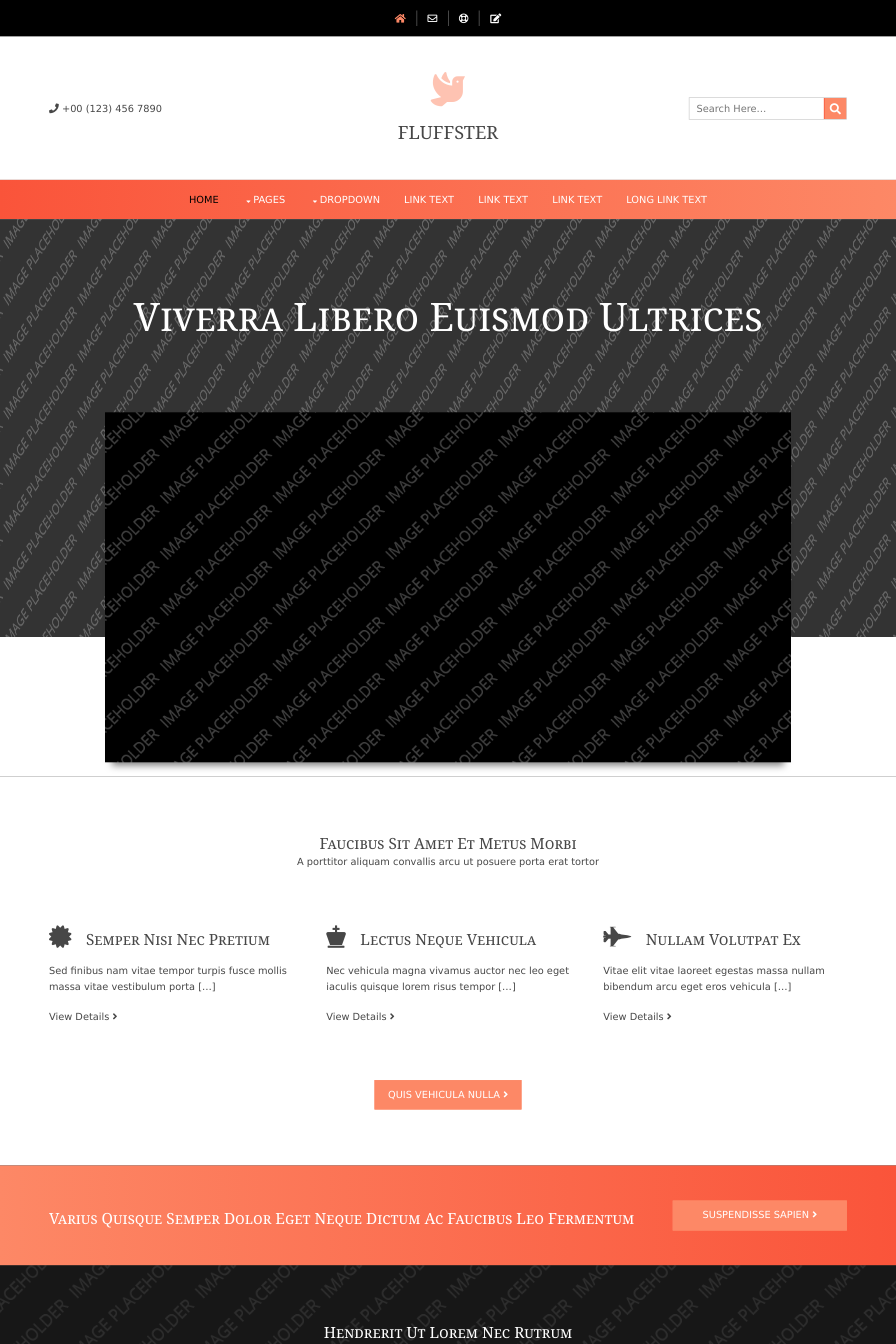
Repository: ajeytiwary/Hello-World
Page: index.html
An editor plug-in stored every save of this project. The page is shown before and after the next save, followed by the edit.
The browser window is 1280 px wide. The pictures show the part of the page from y = 0 to 1920 px (the page is 4015 px tall), at 70% of full size.

Above is the page before, as saved 2020-10-24 21:42:10.

### index.html
<!DOCTYPE html>
<!--
Template Name: Fluffster
Author: <a href="https://www.os-templates.com/">OS Templates</a>
Author URI: https://www.os-templates.com/
Copyright: OS-Templates.com
Licence: Free to use under our free template licence terms
Licence URI: https://www.os-templates.com/template-terms
-->
<html lang="">
<!-- To declare your language - read more here: https://www.w3.org/International/questions/qa-html-language-declarations -->
<head>
<title>Fluffster</title>
<meta charset="utf-8">
<meta name="viewport" content="width=device-width, initial-scale=1.0, maximum-scale=1.0, user-scalable=no">
<link href="layout/styles/layout.css" rel="stylesheet" type="text/css" media="all">
</head>
<body id="top">
<!-- ################################################################################################ -->
<!-- ################################################################################################ -->
<!-- ################################################################################################ -->
<div class="wrapper row0">
  <div id="topbar" class="hoc clear">
    <!-- ################################################################################################ -->
    <ul class="nospace">
      <li><a href="index.html" title="Home"><i class="fas fa-home"></i></a></li>
      <li><a href="#" title="Send a Mail"><i class="far fa-envelope"></i></a></li>
      <li><a href="#" title="Help Centre"><i class="far fa-life-ring"></i></a></li>
      <!-- <li><a href="#" title="Login"><i class="fas fa-sign-in-alt"></i></a></li> -->
      <li><a href="#" title="Sign Up"><i class="fas fa-edit"></i></a></li>
    </ul>
    <!-- ################################################################################################ -->
  </div>
</div>
<!-- ################################################################################################ -->
<!-- ################################################################################################ -->
<!-- ################################################################################################ -->
<div class="wrapper row1">
  <header id="header" class="hoc clear">
    <!-- ################################################################################################ -->
    <section>
      <div><i class="fas fa-phone"></i> +00 (123) 456 7890</div>
      <div>
        <h1 id="logo"><i class="fas fa-dove"></i> <a href="index.html">Fluffster</a></h1>
      </div>
      <div>
        <form class="clear" method="post" action="#">
          <fieldset>
            <legend>Search:</legend>
            <input type="search" value="" placeholder="Search Here&hellip;">
            <button class="fas fa-search" type="submit" title="Search"><em>Search</em></button>
          </fieldset>
        </form>
      </div>
    </section>
    <!-- ################################################################################################ -->
  </header>
</div>
<!-- ################################################################################################ -->
<!-- ################################################################################################ -->
<!-- ################################################################################################ -->
<div class="wrapper row2">
  <nav id="mainav" class="hoc clear">
    <!-- ################################################################################################ -->
    <ul class="clear">
      <li class="active"><a href="index.html">Home</a></li>
      <li><a class="drop" href="#">Pages</a>
        <ul>
          <li><a href="pages/gallery.html">Gallery</a></li>
          <li><a href="pages/full-width.html">Full Width</a></li>
          <li><a href="pages/sidebar-left.html">Sidebar Left</a></li>
          <li><a href="pages/sidebar-right.html">Sidebar Right</a></li>
          <li><a href="pages/basic-grid.html">Basic Grid</a></li>
          <li><a href="pages/font-icons.html">Font Icons</a></li>
        </ul>
      </li>
      <li><a class="drop" href="#">Dropdown</a>
        <ul>
          <li><a href="#">Level 2</a></li>
          <li><a class="drop" href="#">Level 2 + Drop</a>
            <ul>
              <li><a href="#">Level 3</a></li>
              <li><a href="#">Level 3</a></li>
              <li><a href="#">Level 3</a></li>
            </ul>
          </li>
          <li><a href="#">Level 2</a></li>
        </ul>
      </li>
      <li><a href="#">Link Text</a></li>
      <li><a href="#">Link Text</a></li>
      <li><a href="#">Link Text</a></li>
      <li><a href="#">Long Link Text</a></li>
    </ul>
    <!-- ################################################################################################ -->
  </nav>
</div>
<!-- ################################################################################################ -->
<!-- ################################################################################################ -->
<!-- ################################################################################################ -->
<div id="pageintro" class="wrapper row1 bgded" style="background-image:url('images/demo/backgrounds/01.png');">
  <figure class="hoc clear">
    <!-- ################################################################################################ -->
    <figcaption class="heading">Viverra libero euismod ultrices</figcaption>
    <img src="images/demo/980x500.png" alt="">
    <!-- ################################################################################################ -->
  </figure>
</div>
<!-- ################################################################################################ -->
<!-- ################################################################################################ -->
<!-- ################################################################################################ -->
<div class="wrapper row3">
  <main class="hoc container clear">
    <!-- main body -->
    <!-- ################################################################################################ -->
    <div class="sectiontitle">
      <h6 class="heading">Faucibus sit amet et metus morbi</h6>
      <p>A porttitor aliquam convallis arcu ut posuere porta erat tortor</p>
    </div>
    <ul id="services" class="nospace group">
      <li class="one_third">
        <article>
          <h6 class="heading"><i class="fas fa-certificate"></i> <a href="#">Semper nisi nec pretium</a></h6>
          <p>Sed finibus nam vitae tempor turpis fusce mollis massa vitae vestibulum porta [&hellip;]</p>
          <footer><a href="#">View Details <i class="fas fa-angle-right"></i></a></footer>
        </article>
      </li>
      <li class="one_third">
        <article>
          <h6 class="heading"><i class="fas fa-chess-king"></i> <a href="#">Lectus neque vehicula</a></h6>
          <p>Nec vehicula magna vivamus auctor nec leo eget iaculis quisque lorem risus tempor [&hellip;]</p>
          <footer><a href="#">View Details <i class="fas fa-angle-right"></i></a></footer>
        </article>
      </li>
      <li class="one_third">
        <article>
          <h6 class="heading"><i class="fas fa-fighter-jet"></i> <a href="#">Nullam volutpat ex</a></h6>
          <p>Vitae elit vitae laoreet egestas massa nullam bibendum arcu eget eros vehicula [&hellip;]</p>
          <footer><a href="#">View Details <i class="fas fa-angle-right"></i></a></footer>
        </article>
      </li>
    </ul>
    <footer class="center"><a class="btn" href="#">Quis vehicula nulla <i class="fas fa-angle-right"></i></a></footer>
    <!-- ################################################################################################ -->
    <!-- / main body -->
    <div class="clear"></div>
  </main>
</div>
<!-- ################################################################################################ -->
<!-- ################################################################################################ -->
<!-- ################################################################################################ -->
<div class="wrapper coloured">
  <article class="hoc cta clear">
    <!-- ################################################################################################ -->
    <h6 class="three_quarter first">Varius quisque semper dolor eget neque dictum ac faucibus leo fermentum</h6>
    <footer class="one_quarter"><a class="btn" href="#">Suspendisse sapien <i class="fas fa-angle-right"></i></a></footer>
    <!-- ################################################################################################ -->
  </article>
</div>
<!-- ################################################################################################ -->
<!-- ################################################################################################ -->
<!-- ################################################################################################ -->
<div class="wrapper bgded overlay" style="background-image:url('images/demo/backgrounds/01.png');">
  <section id="introblocks" class="hoc container clear">
    <!-- ################################################################################################ -->
    <div class="sectiontitle">
      <h6 class="heading">Hendrerit ut lorem nec rutrum</h6>
      <p>Posuere arcu sed luctus nibh non viverra rutrum neque nulla pretium</p>
    </div>
    <ul class="nospace group">
      <li class="one_third first">
        <article><a href="#"><i class="fas fa-lemon"></i></a>
          <h6 class="heading">Lectus interdum urna</h6>
          <p>Mollis ut curabitur varius nibh nec dolor volutpat in sagittis mi semper nullam placerat quis [&hellip;]</p>
          <footer><a class="btn" href="#">Read More <i class="fas fa-angle-right"></i></a></footer>
        </article>
      </li>
      <li class="one_third">
        <article><a href="#"><i class="fas fa-street-view"></i></a>
          <h6 class="heading">Nibh justo nunc varius</h6>
          <p>Ex nec iaculis phasellus ultricies nisi a elit vestibulum posuere class aptent taciti sociosqu [&hellip;]</p>
          <footer><a class="btn" href="#">Read More <i class="fas fa-angle-right"></i></a></footer>
        </article>
      </li>
      <li class="one_third">
        <article><a href="#"><i class="fas fa-volleyball-ball"></i></a>
          <h6 class="heading">Neque pretium nunc</h6>
          <p>Ad litora torquent per conubia nostra per inceptos himenaeos praesent fringilla tempor quam in [&hellip;]</p>
          <footer><a class="btn" href="#">Read More <i class="fas fa-angle-right"></i></a></footer>
        </article>
      </li>
    </ul>
    <!-- ################################################################################################ -->
  </section>
</div>
<!-- ################################################################################################ -->
<!-- ################################################################################################ -->
<!-- ################################################################################################ -->
<div class="wrapper row3">
  <section class="hoc container clear">
    <!-- ################################################################################################ -->
    <div class="sectiontitle">
      <h6 class="heading">Viverra dui vestibulum eget duis</h6>
      <p>Risus quam gravida eu sapien eget dignissim suscipit leo duis vitae</p>
    </div>
    <div id="latest" class="group">
      <article class="one_half first"><a class="imgover" href="#"><img src="images/demo/546x410.png" alt=""></a>
        <div class="excerpt">
          <h6 class="heading">Purus leo cursus sollicitudin</h6>
          <p>Ut vel arcu curabitur vel mi malesuada dictum ligula fermentum feugiat arcu integer commodo dui id lectus viverra [&hellip;]</p>
          <div class="clear">
            <footer class="fl_right"><a href="#">Read More <i class="fas fa-angle-right"></i></a></footer>
            <ul class="nospace meta fl_left">
              <li><i class="fas fa-user"></i> <a href="#">Admin</a></li>
              <li><i class="fas fa-tag"></i> <a href="#">Tag Name</a></li>
            </ul>
          </div>
        </div>
      </article>
      <article class="one_half"><a class="imgover" href="#"><img src="images/demo/546x410.png" alt=""></a>
        <div class="excerpt">
          <h6 class="heading">Laoreet felis lobortis fusce</h6>
          <p>Dui elit placerat vel maximus eu ullamcorper et lectus cras eu dolor nec nibh efficitur vehicula duis dictum tristique urna [&hellip;]</p>
          <div class="clear">
            <footer class="fl_right"><a href="#">Read More <i class="fas fa-angle-right"></i></a></footer>
            <ul class="nospace meta fl_left">
              <li><i class="fas fa-user"></i> <a href="#">Admin</a></li>
              <li><i class="fas fa-tag"></i> <a href="#">Tag Name</a></li>
            </ul>
          </div>
        </div>
      </article>
    </div>
    <footer class="center"><a class="btn" href="#">View More Posts <i class="fas fa-angle-right"></i></a></footer>
    <!-- ################################################################################################ -->
  </section>
</div>
<!-- ################################################################################################ -->
<!-- ################################################################################################ -->
<!-- ################################################################################################ -->
<div class="wrapper row4">
  <footer id="footer" class="hoc clear">
    <!-- ################################################################################################ -->
    <div class="one_half first">
      <h6 class="heading">A lobortis nullam quis placerat</h6>
      <p class="btmspace-30">Libero consectetur fringilla augue nullam enim nisi feugiat vel finibus.</p>
      <ul class="nospace linklist contact">
        <li><i class="fas fa-map-marker-alt"></i>
          <address>
          Street Name &amp; Number, Town, Postcode/Zip
          </address>
        </li>
        <li><i class="fas fa-phone"></i> +00 (123) 456 7890</li>
        <li><i class="fas fa-fax"></i> +00 (123) 456 7890</li>
        <li><i class="far fa-envelope"></i> info@domain.com</li>
      </ul>
    </div>
    <div class="one_quarter">
      <h6 class="heading">Phasellus sit amet dui</h6>
      <ul class="nospace linklist">
        <li><a href="#">phasellus condimentum nisl</a></li>
        <li><a href="#">fames ac turpis nunc egestas</a></li>
        <li><a href="#">senectus et netus malesuada</a></li>
        <li><a href="#">quam habitant morbi tristique</a></li>
        <li><a href="#">ultricies ut tortor posuere</a></li>
      </ul>
    </div>
    <div class="one_quarter">
      <h6 class="heading">Nec ultricies ut massa</h6>
      <p class="nospace btmspace-30">A nibh facilisis tincidunt at et dui sed odio nisl rhoncus quis finibus id ut sit amet.</p>
      <form method="post" action="#">
        <fieldset>
          <legend>Newsletter:</legend>
          <input class="btmspace-15" type="text" value="" placeholder="Name">
          <input class="btmspace-15" type="text" value="" placeholder="Email">
          <button type="submit" value="submit">Submit</button>
        </fieldset>
      </form>
    </div>
    <!-- ################################################################################################ -->
  </footer>
</div>
<!-- ################################################################################################ -->
<!-- ################################################################################################ -->
<!-- ################################################################################################ -->
<div class="wrapper row5">
  <div id="copyright" class="hoc clear">
    <!-- ################################################################################################ -->
    <p class="fl_left">Copyright &copy; 2018 - All Rights Reserved - <a href="#">Domain Name</a></p>
    <p class="fl_right">Template by <a target="_blank" href="https://www.os-templates.com/" title="Free Website Templates">OS Templates</a></p>
    <!-- ################################################################################################ -->
  </div>
</div>
<!-- ################################################################################################ -->
<!-- ################################################################################################ -->
<!-- ################################################################################################ -->
<a id="backtotop" href="#top"><i class="fas fa-chevron-up"></i></a>
<!-- JAVASCRIPTS -->
<script src="layout/scripts/jquery.min.js"></script>
<script src="layout/scripts/jquery.backtotop.js"></script>
<script src="layout/scripts/jquery.mobilemenu.js"></script>
</body>
</html>

Loaded but not shown: layout/scripts/jquery.min.js (library); layout/styles/fontawesome-free/css/fontawesome-all.min.css (library); layout/scripts/jquery.mobilemenu.js (15 lines, source omitted); layout/scripts/jquery.backtotop.js (22 lines, source omitted); layout/styles/layout.css (479 lines, source omitted); layout/styles/framework.css (132 lines, source omitted)

After the next save:
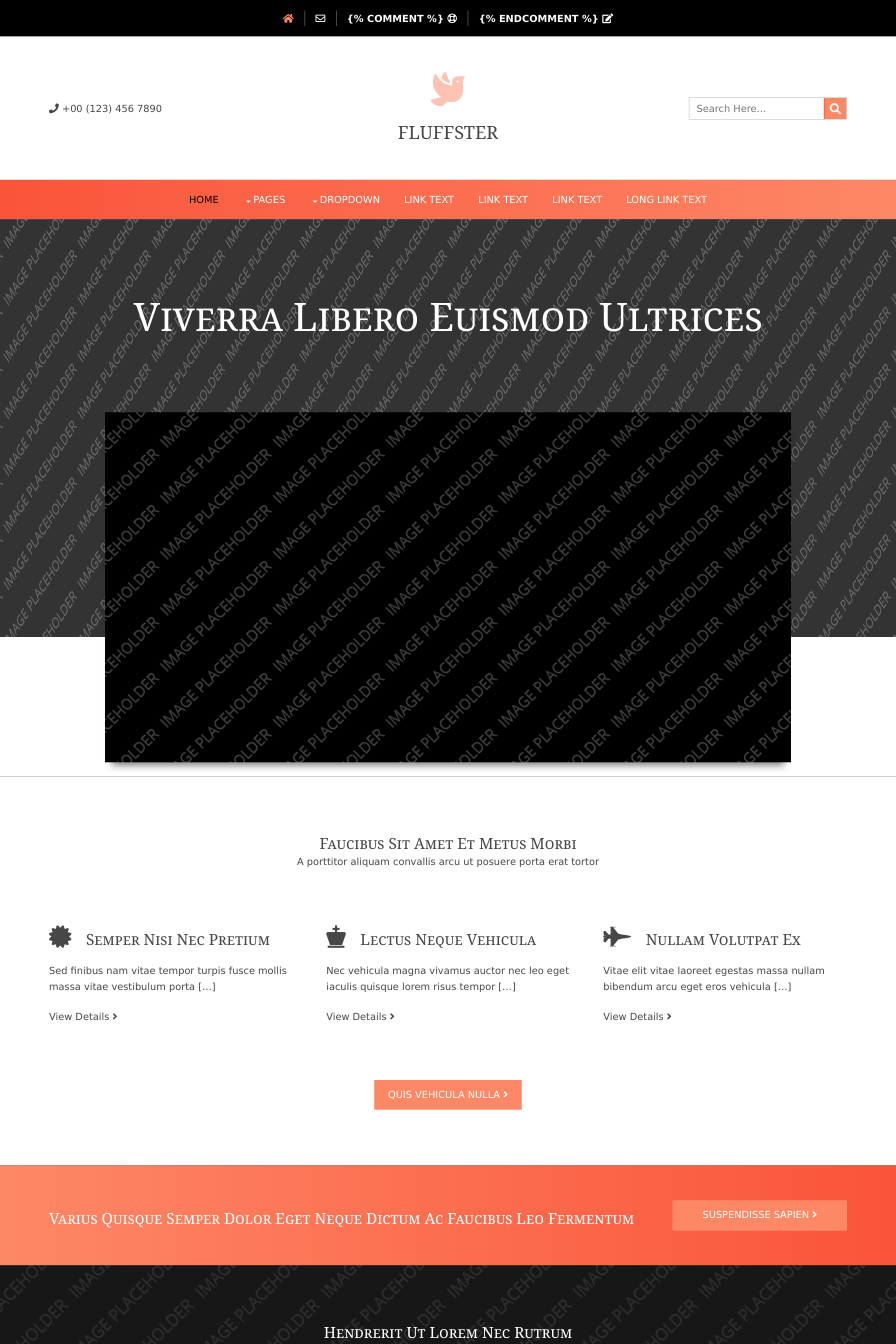
Saved 72 s later.
--- a/index.html
+++ b/index.html
@@ -25,7 +25,7 @@
     <ul class="nospace">
       <li><a href="index.html" title="Home"><i class="fas fa-home"></i></a></li>
       <li><a href="#" title="Send a Mail"><i class="far fa-envelope"></i></a></li>
-      <li><a href="#" title="Help Centre"><i class="far fa-life-ring"></i></a></li>
+      {% comment %} <li><a href="#" title="Help Centre"><i class="far fa-life-ring"></i></a></li> {% endcomment %}
       <!-- <li><a href="#" title="Login"><i class="fas fa-sign-in-alt"></i></a></li> -->
       <li><a href="#" title="Sign Up"><i class="fas fa-edit"></i></a></li>
     </ul>

After the save that followed:
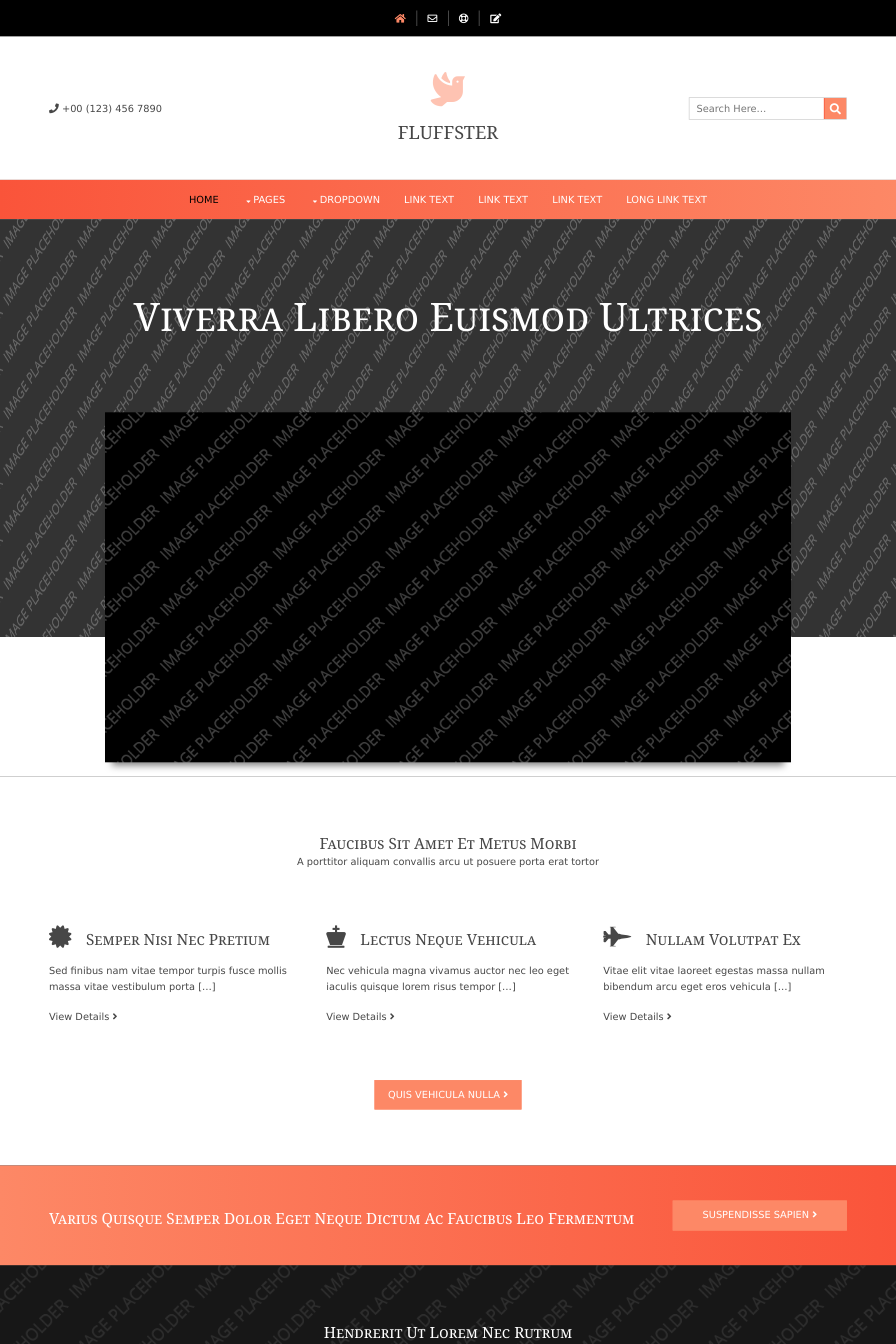
Saved 8 min 25 s later.
--- a/index.html
+++ b/index.html
@@ -25,7 +25,7 @@
     <ul class="nospace">
       <li><a href="index.html" title="Home"><i class="fas fa-home"></i></a></li>
       <li><a href="#" title="Send a Mail"><i class="far fa-envelope"></i></a></li>
-      {% comment %} <li><a href="#" title="Help Centre"><i class="far fa-life-ring"></i></a></li> {% endcomment %}
+      <li><a href="#" title="Help Centre"><i class="far fa-life-ring"></i></a></li>
       <!-- <li><a href="#" title="Login"><i class="fas fa-sign-in-alt"></i></a></li> -->
       <li><a href="#" title="Sign Up"><i class="fas fa-edit"></i></a></li>
     </ul>
